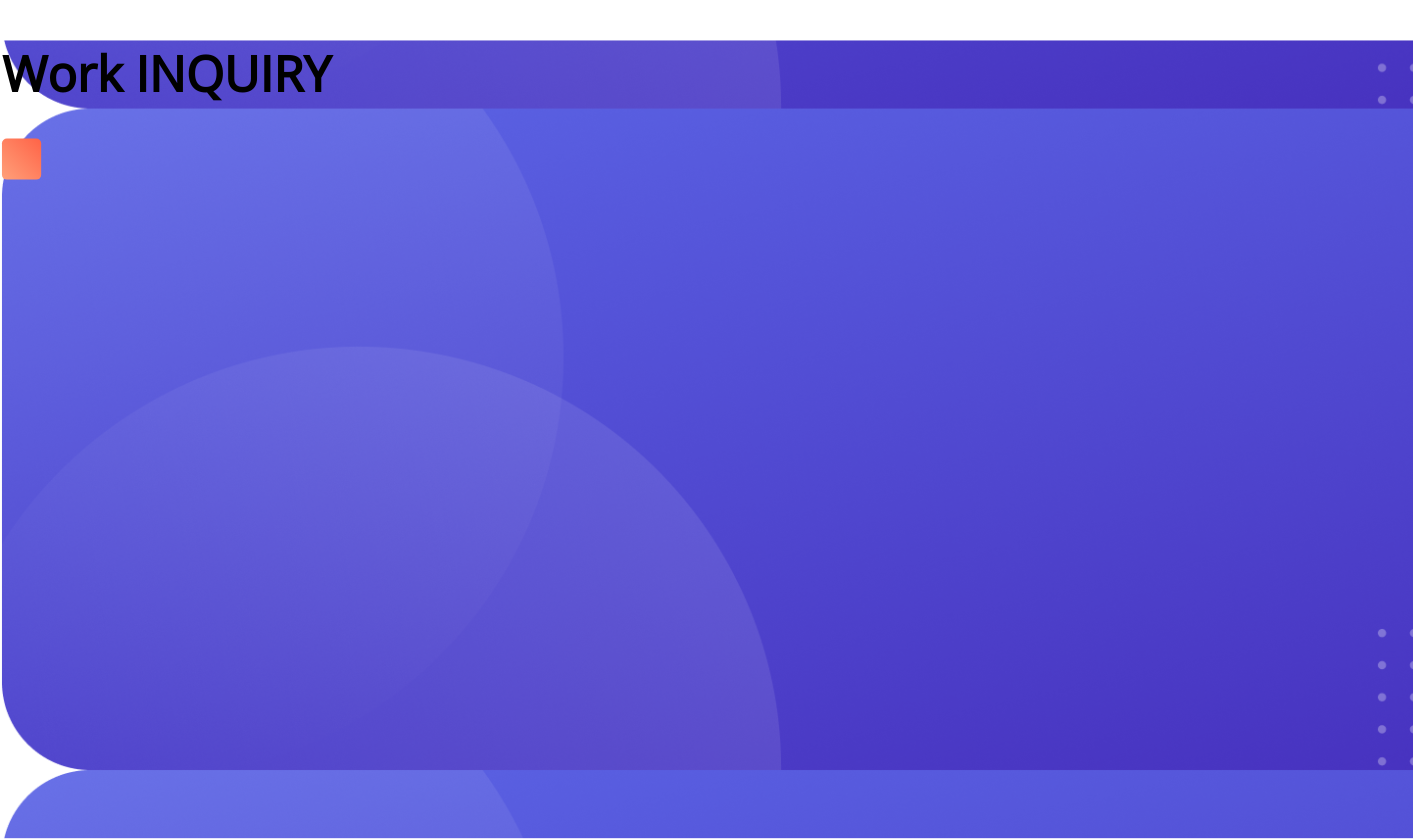
Repository: sabbircse3/personal-website
Page: index.html
The author's editor kept a copy of each file at every save. The page is drawn from the files as they stood at one save, then again after a run of saves.
The browser window is 1280 px wide. The page is 1442 px wide, so the pictures cover 1442 px, including what lies to the right of the window. The pictures show the part of the page from y = 2386 to 3243 px (the page is 3243 px tall), at 98% of full size.

Above is the page before, as saved 2021-01-06 02:30:46.

### index.html
<!DOCTYPE html>
<html lang="en">
<head>
    <title>personal-website</title>
    <link rel="preconnect" href="https://fonts.gstatic.com">
    <link href="https://fonts.googleapis.com/css2?family=Open+Sans&display=swap" rel="stylesheet">
    <link rel="stylesheet" href="style.css">
</head>
<body>

        <div class="menu-1">
            <ul id="menu">
                <li><a href="#">Contact</a></li>
                <li><a href="#">Protfolio</a></li>
                <li><a href="#">Work</a></li>
                <li><a href="#">About</a></li>
            </ul>
        </div>


    <section class="top-banner ">
        <div class="half-width">
            <h1>HELLO, I'M <br> <span class="name-highlight">SABBIR HASAN</span></h1>
            <p>A full stack allaround designer that placerat in massa consectetur</p>
            <a class="link-button" target="_blank" href="https://www.linkedin.com/company/programminghero/">HIRE ME</a>
        </div>

        <div class="half-width">
            <img src="images/sabbir1.png" alt="">
        </div>
    </section>

    <section class="about ">
        <div class="half-width">
            <img src="images/sabbir1.png" alt="">
        </div>

        <div class="half-width">
            <h2> ABOUT</h2>
            <p>Lorem Ipsum is simply dummy text of the printing and typesetting industry. Lorem Ipsum has been the industry's standard dummy text ever since the 1500s, when an unknown printer took a galley of type and scrambled it to make a type specimen book.</p>
            <a class="link-button" target="_blank" href="https://www.linkedin.com/company/programminghero/">Download CV</a>
        </div>

    </section>

    <section class="experience-area">
        <h2 id="head-center"><span class="name-highlight">LASTET</span> WORKING PROJECT</h2>
        <div id="first-project" class="half-width single-experience">
            <img  src="images/image 4.png" alt="" class="center">
            <h3>Power-x-gym (gym website)</h3>
            <p>Lorem Ipsum is simply dummy text of the printing and typesetting industry.</p>

        </div>

        <div id="next-project" class="half-width single-experience">
            <img src="images/image 5.png" alt="" class="center">
            <h3>Creative Agency</h3>
            <p>Lorem Ipsum is simply dummy text of the printing and typesetting industry.</p>

        </div>

        <div id="next-project" class="half-width single-experience">
            <img src="images/image 8.png" alt="" class="center">
            <h3>Hard Rock Music</h3>
            <p>Lorem Ipsum is simply dummy text of the printing and typesetting industry.</p>

        </div>

    </section>



    <section class="education">
        <h1> <span class="name-highlight">EDU</span>CATION</h1>
        <div id="bachelor" class="half-width single-experience">
            <h3>Bachelor of Science in Computer Science</h3>
            <h3 class="blue-highlight">Khwaja Yunus Ali University</h3>
            <h3 class="orange-highlight">2016-2020</h3>
            <p>It is a reputaed private university in this country Bangladesh.</p>
        </div>

        <div id="others" class="half-width single-experience">
            <h3>Higher School Certificate</h3>
            <h3 class="blue-highlight">Bhagopara Shahid Dhanesh Uddin School and Collage</h3>
            <h4 class="orange-highlight">2014-2016</h4>
            <p>It is one of the best collage in our north said of country</p>
        </div>

		<div id="others" class="half-width single-experience">
            <h3>Secoundary School Certificate</h3>
            <h3 class="blue-highlight">Rajapur High School</h3>
            <h4 class="orange-highlight">2009-2014</h4>
            <p>This school is one of the best school in my native area where i was bron.</p>
        </div>

    </section>


    <section class="lowest-banner">
        <div>
            <h1>Work INQUIRY</h1>

        </div>

        <div>
            <a class="link-button" target="_blank" href="https://www.linkedin.com/company/programminghero/"></a>
        </div>

    </section>




</body>
</html>

### style.css
body{
    font-family: 'Open Sans', sans-serif;
    margin: 2px;
    font-style: normal;
}
.menu-1{
	height: 90px;
}
#menu{
	list-style-type:none;
	width:900px;
	margin:10px auto;
}
#menu li{
	float:right;
}
#menu li a{
	color:black;
	text-decoration:none;
	padding:5px 10px;
}

h1{
    font-size: 50px;
}
h2{
    font-size: 40px;
}

.name-highlight{
    color: #FF8367;
}
.top-banner{

}
.half-width{
    width: 35%;
    float: left;
    margin-left: 5%;
    padding-left: 2%;
}
.half-width img{
    width: 100%;
}
section{
    height: 450px;
}
.link-button{
    text-decoration: none;
    background-image: linear-gradient(45deg, lightSalmon, tomato);
    padding: 10px 20px;
    border-radius: 5px;
    color: white;
    font-weight: 700;
}
#head-center{
    text-align: center;
    margin: 80px;
    padding: 50px;
}
.experience-area{
    background-color: #E5E5E5;
    background-position: left;
    width: 1440px;
    height: 814px;
}
.center {
    display: block;
    margin-left:-15px;
    margin-top: 15px;
    width: 50%;
  }
.orange-highlight{
    color: orange;
}
.single-experience{
    box-shadow: 0px 4px 4px rgba(0, 0, 0, 0.25);
    border-radius: 10px;
	height: 45%;
	width: 23%;
}
#first-project{
    background-color: white;
}
#next-project{
	background-color: white;
}
footer p{
    text-align: center;
    font-size: 12px;
}
.education{
    background-image: url("images/exp-bg.png");
    background-repeat: no-repeat;
    background-position: left;
}
#bachelor{
    border-left: 7px solid;
    border-image: linear-gradient(180deg, lightSalmon, tomato);
    border-image-slice: 1;
    background-color: white;
    height: 55%;
	width: 25%;
}
#others{
    border-left: 7px solid;
    border-image: linear-gradient(180deg, blue, cyan);
    border-image-slice: 1;
    height: 55%;
	width: 25%;
}
.blue-highlight{
    color:rgba(0, 0, 139, 0.705);
}
.lowest-banner{
    background-image: url("images/Group_33094_1.png");
    background-position: left;
    width: 1440px;
    height: 814px;
    back
}

After the next 2 saves:
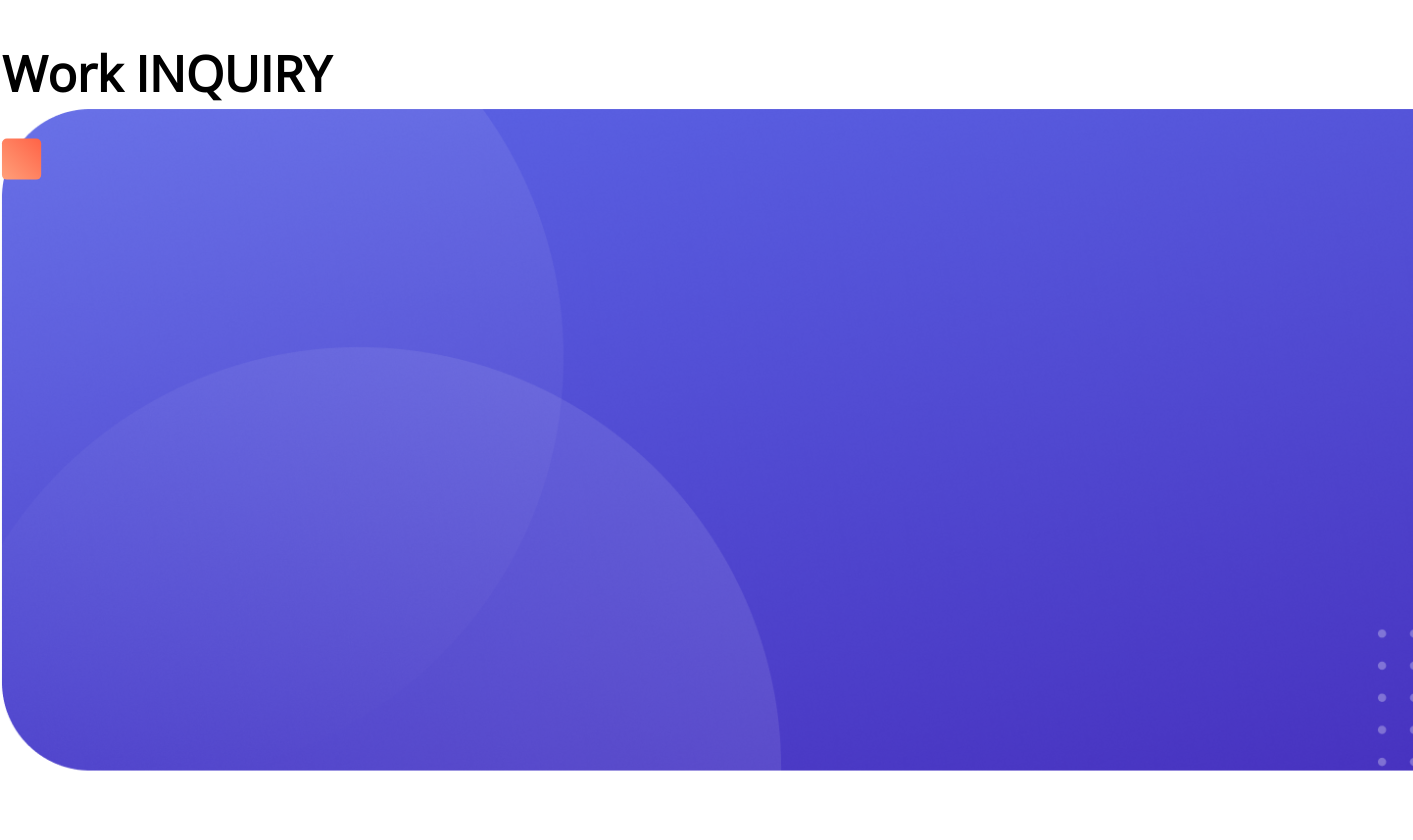
The 2 saves are shown as one change because they came seconds apart.
The last was saved 7 s later.
--- a/style.css
+++ b/style.css
@@ -117,5 +117,5 @@ footer p{
     background-position: left;
     width: 1440px;
     height: 814px;
-    back
+    background-repeat: no-repeat;
 }
